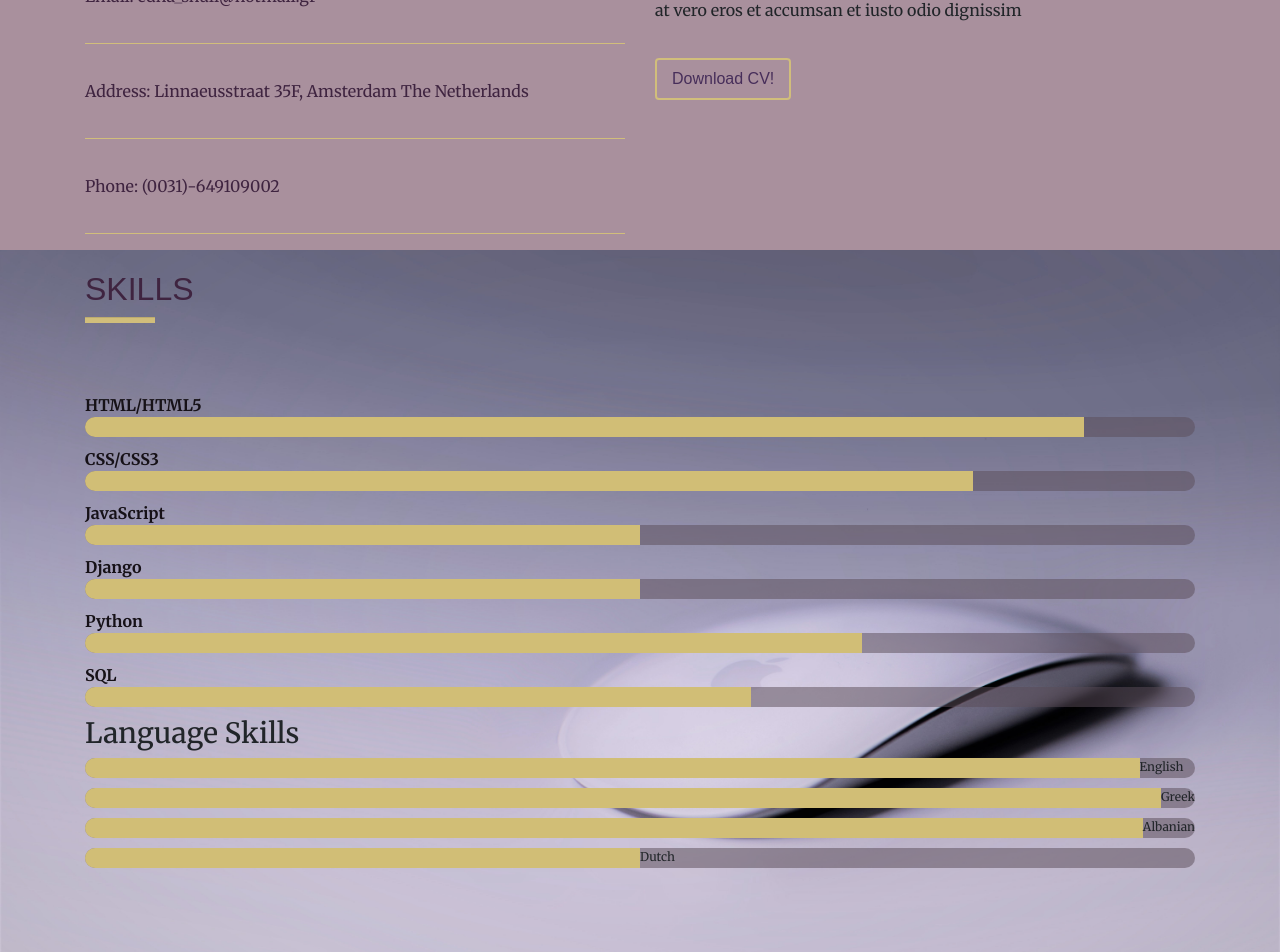
Repository: edshuli/Portfolio
Page: index.html
The author's editor kept a record of every edit. The page is drawn from the files as they stood at one moment, then again after the next edit.
The browser window is 1280 px wide. The pictures show the part of the page from y = 958 to 1910 px (the page is 2177 px tall before and 2076 px after).
Backgrounds fixed to the window are drawn as part of the page. Some web fonts or font styles are not loaded; a fallback is used.

Above is the page before.

After the next edit:
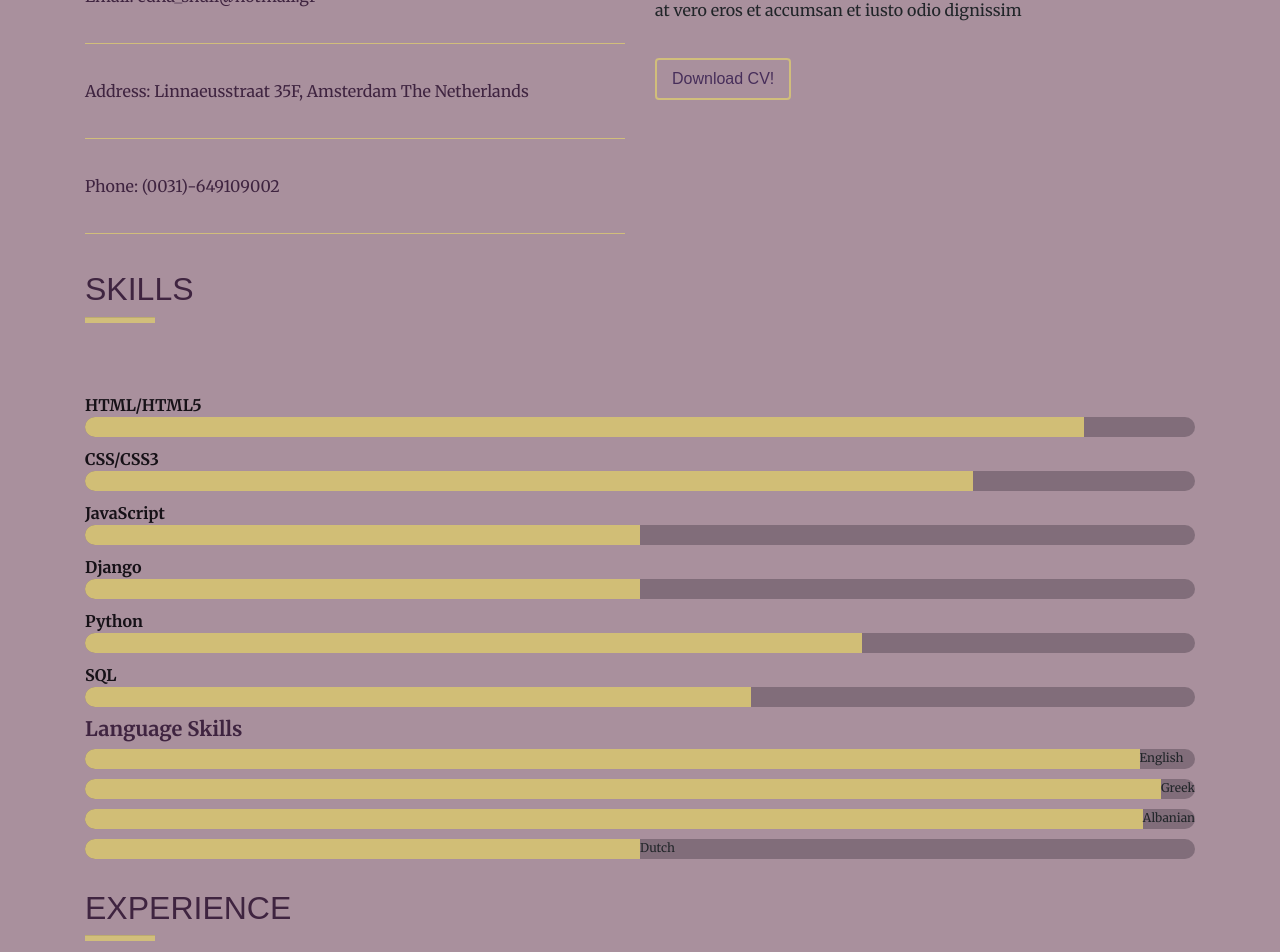
The edit:
--- a/assets/css/style.css
+++ b/assets/css/style.css
@@ -208,14 +208,13 @@
 }
 
 
-.skills {
-     height: 100vh;
-    background: url(../images/skillslogo/logo3.jpg) no-repeat center center fixed;
-    -webkit-background-size: cover;
-    -moz-background-size: cover;
-    -o-background-size: cover;
-    background-size: cover;
-    background-color: rgba(225, 225, 225, 0.28);
+
+
+
+h3{
+    font-size: 20px;
+    font-weight: bold;
+    color: #3f2440;
 }
 
 
